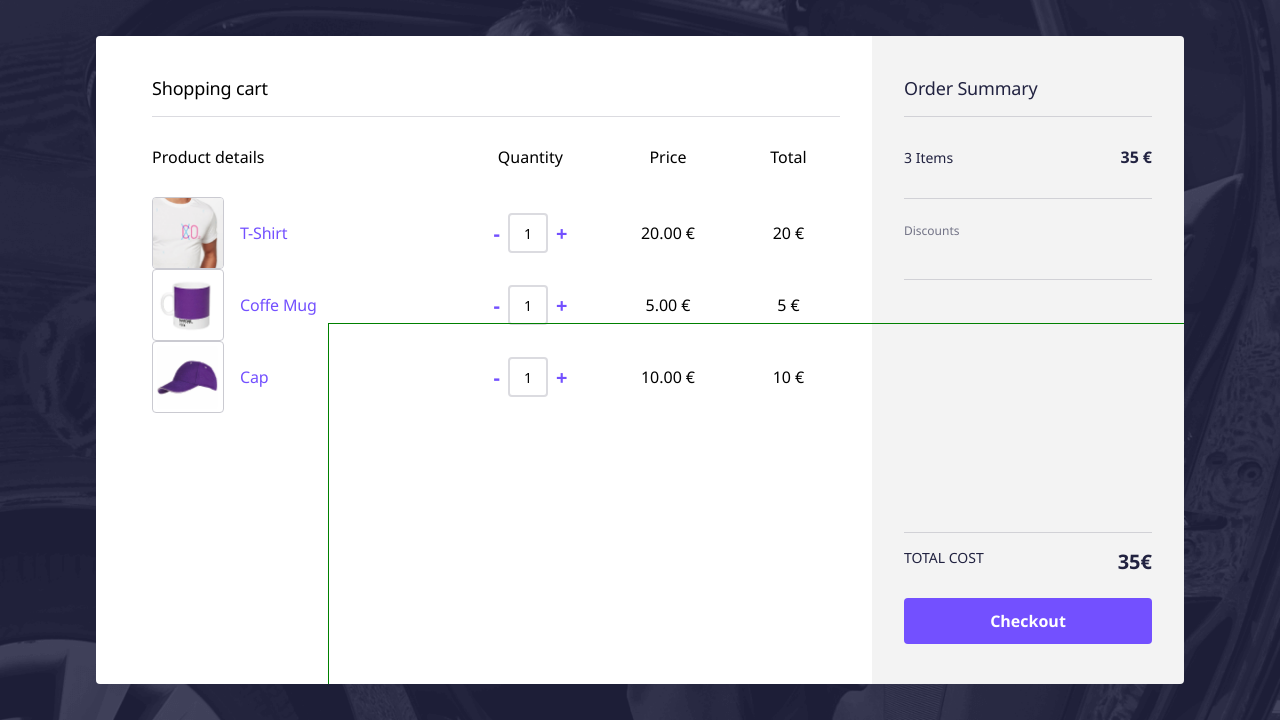
Repository: banchiec/challengecbfy
Page: /
The author's editor kept a copy of each file at every save. The page is drawn from the files as they stood at one save, then again after the next save.
The browser window is 1280 px wide. The pictures show the whole page.
An inner scrolling area shows only its first screen. Some web fonts or font styles are not loaded; a fallback is used. The project was rebuilt for these pictures with package versions that can differ from the ones it lists, and the page was loaded fresh each time. Also part of the build but not shown: craco.config.js.

Above is the page before, as saved 2021-12-10 12:48:05.

After the next save:
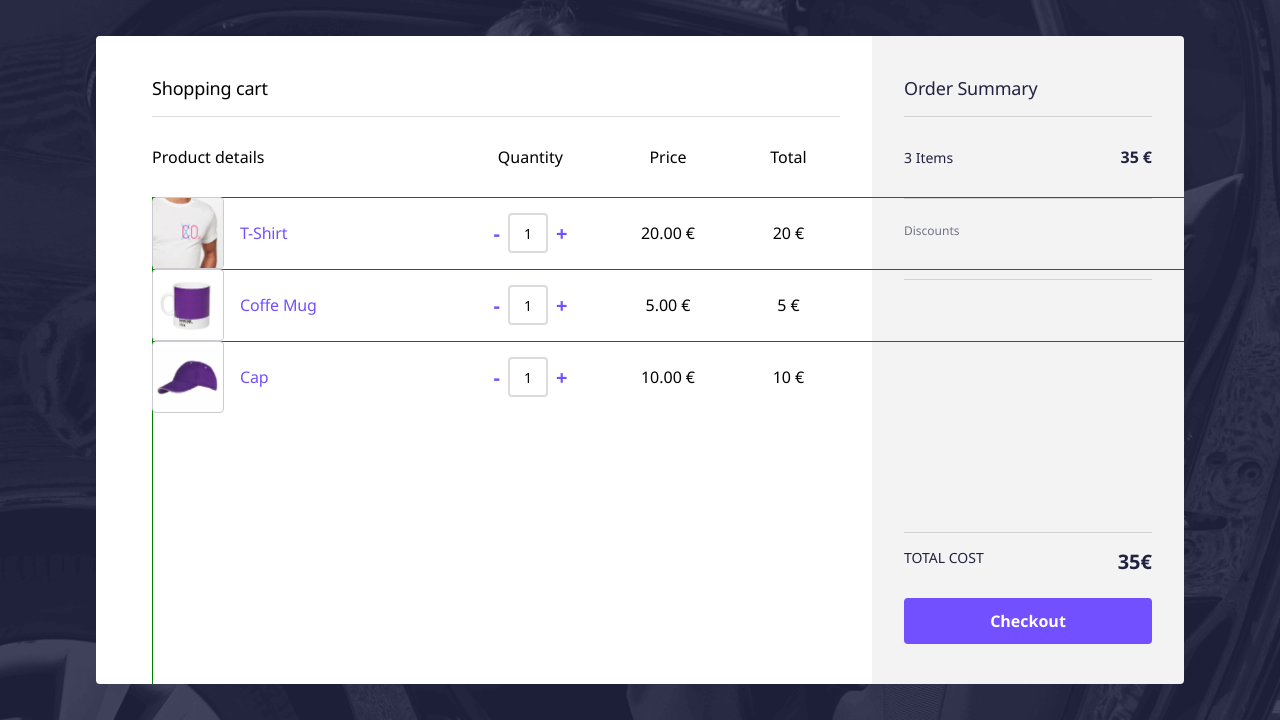
Saved 28 s later.
--- a/src/App.css
+++ b/src/App.css
@@ -493,8 +493,8 @@ input {
   position: absolute ;
   width: 1088px;
   height: 648px;
-  left: 176px;
-  top: 126px;
+  /* left: 176px;
+  top: 126px; */
   border: 1px solid green;
 }
 .content {
